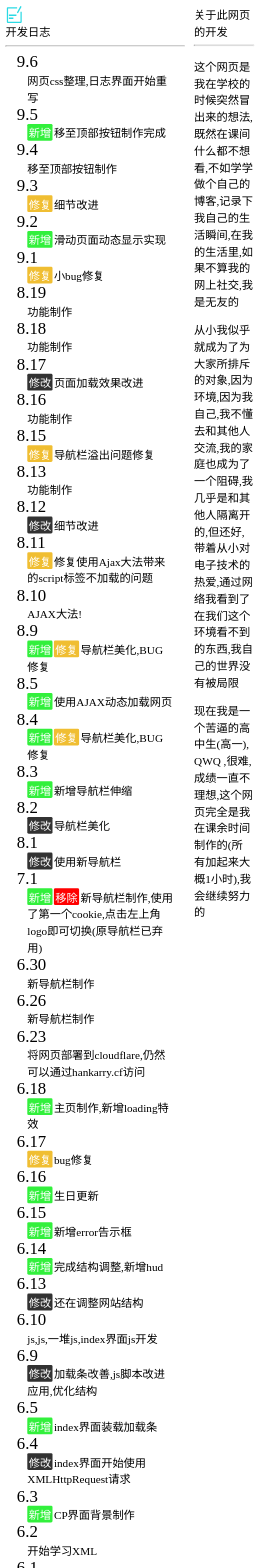
Repository: hankarry/personal_page
Page: diary/diary_pageload.html
The author's editor kept a copy of each file at every save. The page is drawn from the files as they stood at one save, then again after the next save.
The browser window is 375 px wide. The pictures show the part of the page from y = 0 to 2240 px (the page is 4154 px tall before and 4186 px after), at 70% of full size.

Above is the page before, as saved 2022-09-09 10:25:10.
Console error: ReferenceError: Header is not defined

After the next save:
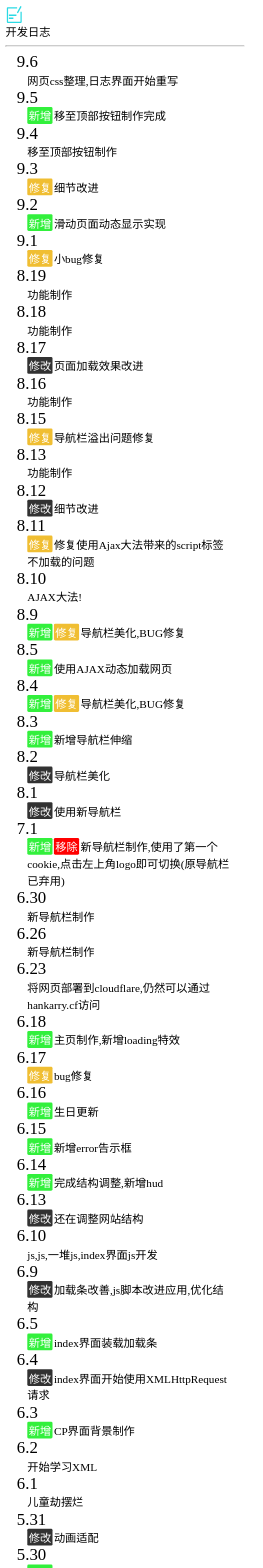
Saved 28 s later.
--- a/css/diary.css
+++ b/css/diary.css
@@ -1,10 +1,3 @@
-@media screen and (max-width: 600px) {
-    #whole_diary {
-        display: grid;
-        grid-template-columns : 100%;
-    }
-}
-
 #whole_diary {
     display: grid;
     grid-template-columns : 75% 25%;
@@ -13,6 +6,13 @@
 .card {
     width: 95%;
     /* margin: 0 0 10px 0; */
+}
+
+@media screen and (max-width: 600px) {
+    #whole_diary {
+        display: grid;
+        grid-template-columns : 100%;
+    }
 }
 
 #diary {
